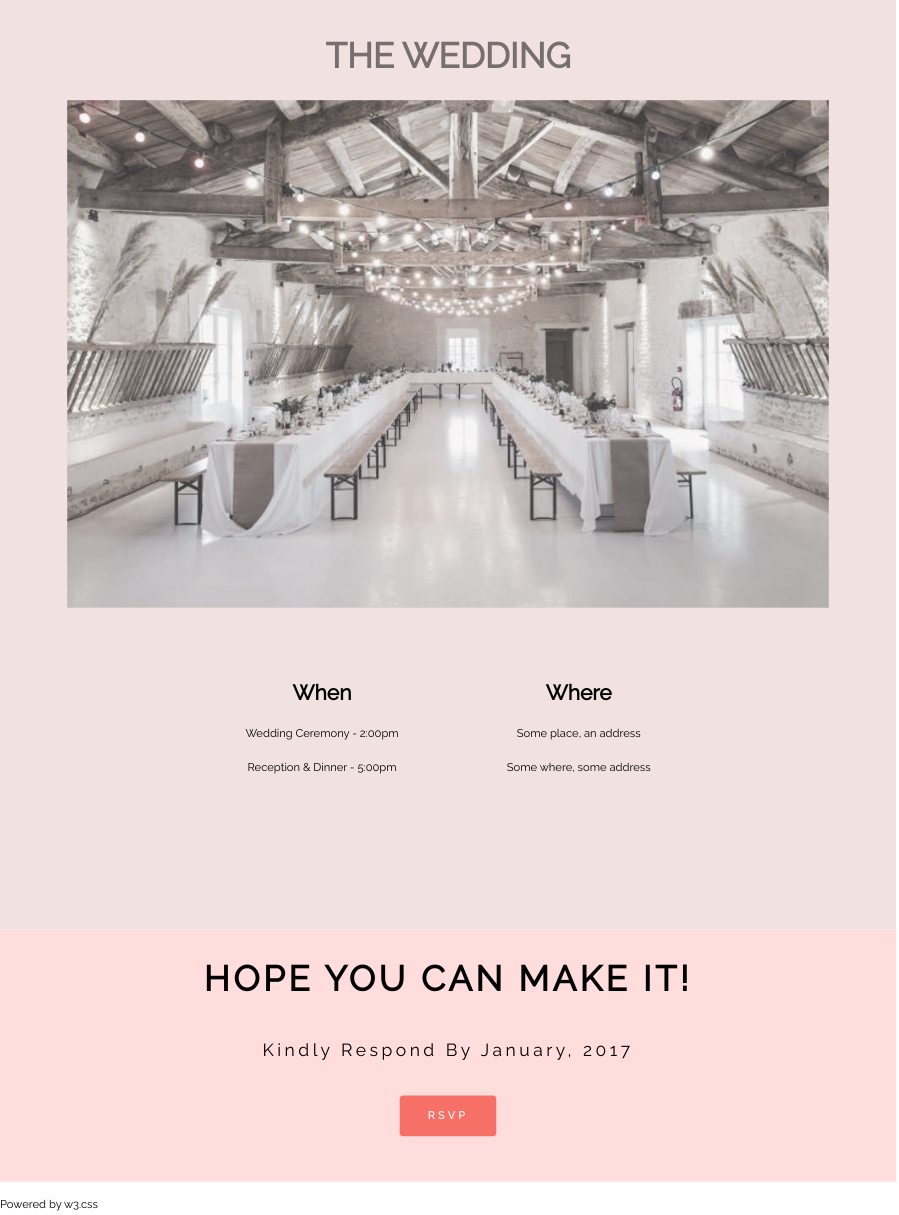
Repository: hesshess/clonecoding-assignment
Page: 4-wedding-invitation/template4.html
These files come from the project's save history. The page is drawn as it stood at one moment and after the next save; the edit follows.
The browser window is 1280 px wide. The page is 1284 px wide, so the pictures cover 1284 px, including what lies to the right of the window. The pictures show the part of the page from y = 2673 to 4553 px (the page is 4409 px tall before and 4553 px after), at 70% of full size.

Above is the page before, as saved 2022-03-17 18:54:45.

### 4-wedding-invitation/template4.html
<!DOCTYPE html>
<html>
  <head>
    <title>W3.CSS Template</title>
    <meta charset="UTF-8" />
    <meta name="viewport" content="width=device-width, initial-scale=1" />
    <link rel="stylesheet" href="./template4.css" />
    <link
      rel="stylesheet"
      href="https://fonts.googleapis.com/css?family=Raleway"
    />
    <style></style>
  </head>
  <body>
    <!-- Header / Home-->
    <header
      class="bgimg full"
      style="background-image: url('./img/wedding_couple.jpg')"
      id="home"
    >
      <h1>Jane & John</h1>
      <h2>Are getting married</h2>
      <h2><b>17.07.2017</b></h2>
    </header>

    <!-- Navbar (sticky bottom) -->

    <nav>
      <a href="#home">Home</a>
      <a href="#us">Jane & John</a>
      <a href="#wedding">Wedding</a>
      <a href="#rsvp">RSVP</a>
    </nav>

    <!-- About / Jane And John -->
    <div id="us">
      <div class="center">
        <h1>Jane & John</h1>
        <img src="./img/wedding_couple2.jpg" />
        <p>
          <i
            >You all know us. And we all know you. We are getting married lorem
            ipsum dolor sit amet, consectetur adipiscing elit, sed do eiusmod
            tempor incididunt ut labore et dolore magna aliqua. Ut enim ad minim
            veniam, quis nostrud exercitation ullamco laboris nisi ut aliquip ex
            ea commodo consequat. Excepteur sint occaecat cupidatat non
            proident, sunt in culpa qui officia deserunt mollit anim id est
            laborum consectetur adipiscing elit, sed do eiusmod tempor
            incididunt ut labore et dolore magna aliqua. Ut enim ad minim
            veniam, quis nostrud exercitation ullamco laboris nisi ut aliquip ex
            ea commodo consequat.</i
          >
        </p>
        <br />
        <p><a href="#wedding">Wedding Details</a></p>
      </div>
    </div>

    <!-- Background photo -->
    <div class="bgimg2 full" style="background-image: url('./img/flowers.jpg')">
      <div>
        <h1>You Are Invited</h1>
        <br />
        <h2>Of course..</h2>
      </div>
    </div>

    <!-- Wedding information -->
    <div id="wedding">
      <div class="center">
        <h1>THE WEDDING</h1>
        <img src="./img/wedding_location.jpg" s />
        <div class="when-where">
          <div>
            <h2>When</h2>
            <p>Wedding Ceremony - 2:00pm</p>
            <p>Reception & Dinner - 5:00pm</p>
          </div>
          <div>
            <h2>Where</h2>
            <p>Some place, an address</p>
            <p>Some where, some address</p>
          </div>
        </div>
      </div>
    </div>

    <!-- RSVP section -->
    <div id="rsvp">
      <h1>HOPE YOU CAN MAKE IT!</h1>
      <h3>Kindly Respond By January, 2017</h3>

      <h5 class="rsvp_btn">RSVP</h5>
    </div>

    <!-- Footer -->
    <footer>
      <p>Powered by w3.css</p>
    </footer>
  </body>
</html>

### 4-wedding-invitation/template4.css
@charset "UTF-8";
body,
h1,
h2 {
  font-family: 'Raleway', sans-serif;
  margin-top: 0;
}
body,
html {
  box-sizing: border-box;
  margin: 0;
  height: 100%;
}
h1 {
  font-size: 50px;
}
h2 {
  font-size: 30px;
}
h3 {
  font-size: 25px;
  font-weight: 100;
}
h4 {
  font-size: 20px;
}
h5 {
  font-size: 15px;
}
h6 {
  font-size: 10px;
}
p {
  line-height: 2;
}
a {
  padding: 10px 70px;
  text-decoration: none;
  color: black;
}
a:hover {
  background-color: lightgray;
  border-radius: 1px;
  color: black;
}
.bgimg,
.bgimg2 {
  min-height: 100%;
  background-position: center;
  background-size: cover;
}
.full {
  height: 100%;
  width: 100%;
  display: flex;
  flex-direction: column;
  justify-content: center;
  align-items: center;
  color: white;
  letter-spacing: 5px;
}
nav {
  box-sizing: border-box;
  width: 100vw;
  display: flex;
  padding: 5px 0;
  justify-content: space-around;
  position: fixed;
  bottom: 0;
  background-color: white;
  z-index: 2;
  opacity: 0.8;
}
#us,
#wedding {
  background-color: #f1e1e1;
  display: flex;
  flex-direction: column;
  justify-content: center;
  align-items: center;
  text-align: center;
}
img {
  width: 100%;
}

.center {
  width: 85%;
  padding: 100px;
}
.center > h1 {
  opacity: 0.5;
}
.center > img {
  opacity: 0.9;
  filter: grayscale(80%);
}
p > a {
  padding: 20px;
  border-radius: 5px;
  background-color: black;
  color: white;
}

.when-where {
  box-sizing: border-box;
  padding: 100px;
  display: flex;
  justify-content: space-evenly;
  align-items: center;
}
#rsvp {
  height: 50%;
  background-color: #ffdddd;
  display: flex;
  flex-direction: column;
  justify-content: center;
  align-items: center;
  text-align: center;
  letter-spacing: 5px;
}
.rsvp_btn {
  background-color: #f44336;
  color: white;
  padding: 20px 40px;
  border-radius: 5px;
  opacity: 0.7;
}

After the next save:
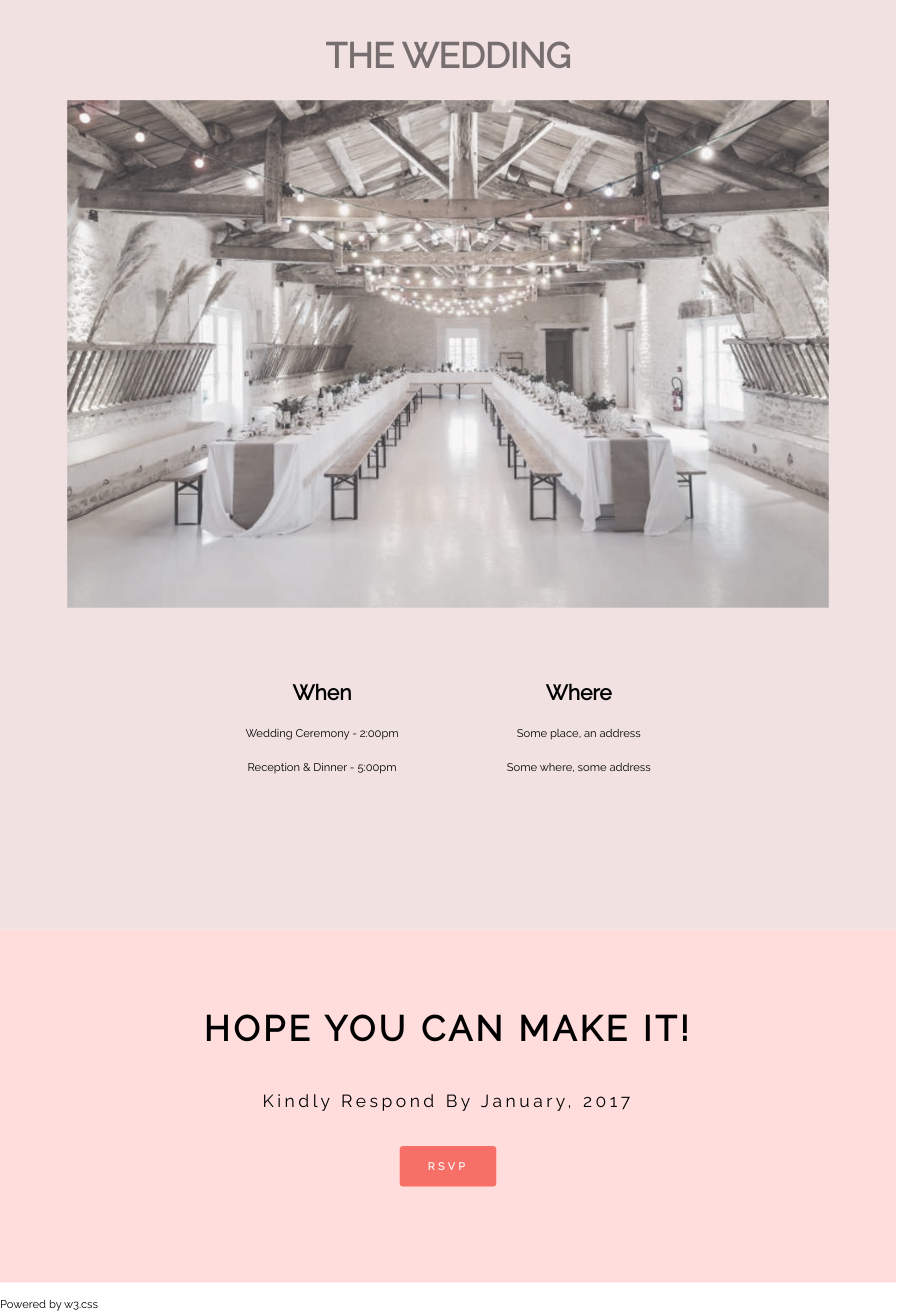
Saved 23 s later.
--- a/4-wedding-invitation/template4.css
+++ b/4-wedding-invitation/template4.css
@@ -110,7 +110,7 @@
   align-items: center;
 }
 #rsvp {
-  height: 50%;
+  height: 70%;
   background-color: #ffdddd;
   display: flex;
   flex-direction: column;

After the save that followed:
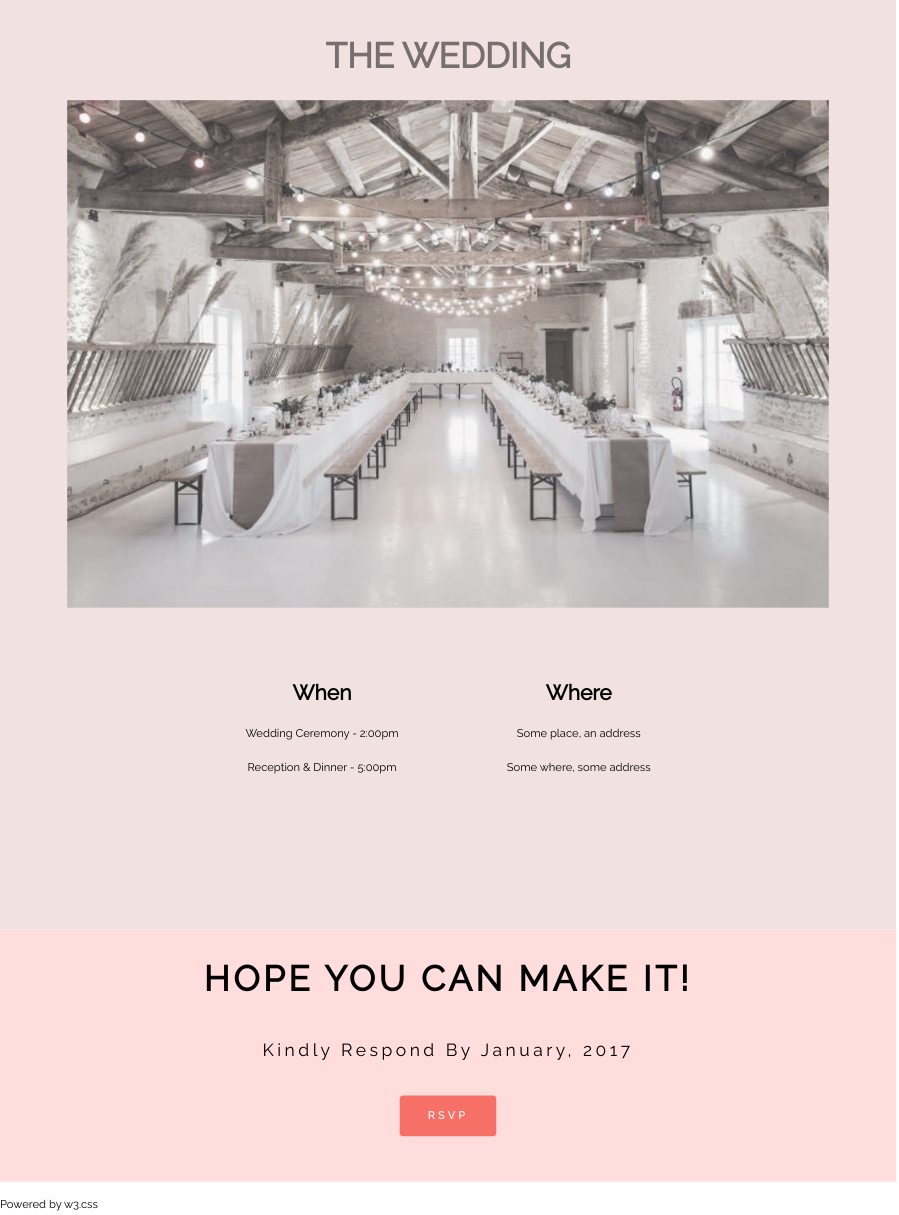
Saved 10 s later.
--- a/4-wedding-invitation/template4.css
+++ b/4-wedding-invitation/template4.css
@@ -110,7 +110,7 @@
   align-items: center;
 }
 #rsvp {
-  height: 70%;
+  height: 50%;
   background-color: #ffdddd;
   display: flex;
   flex-direction: column;
